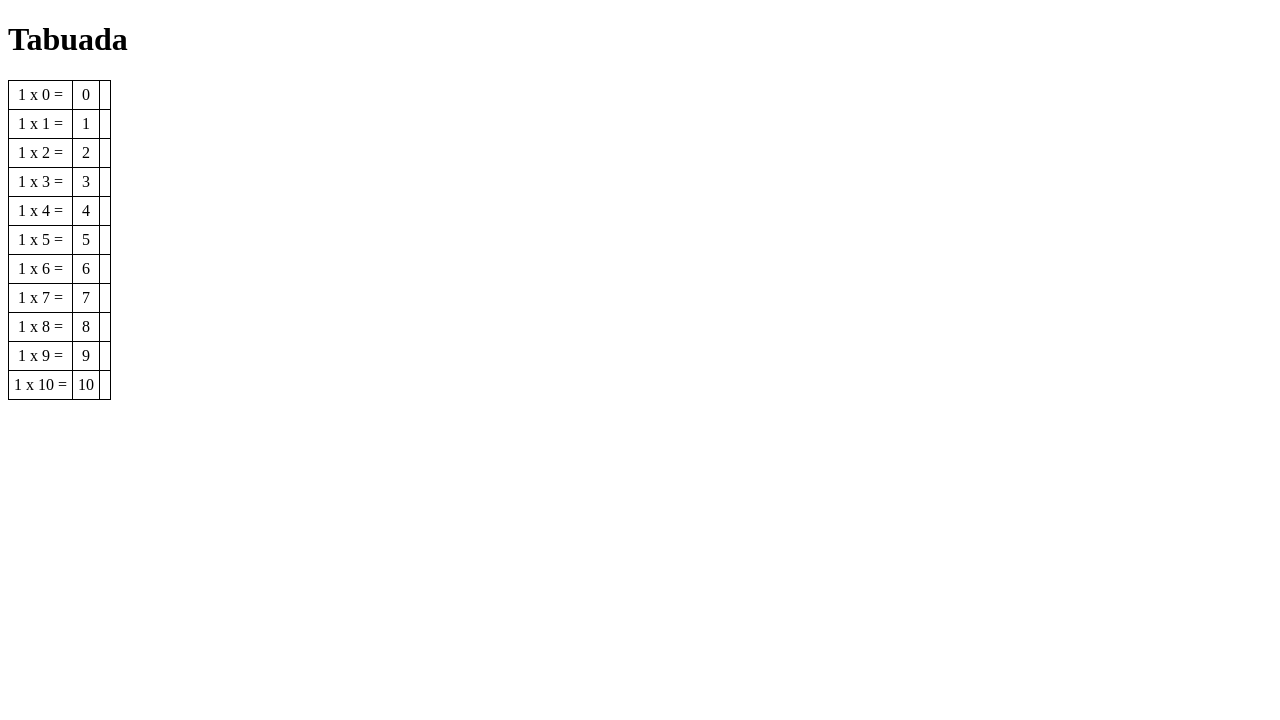
Repository: JulioCesarSF/Java
Page: http://localhost/Exercicio_02-JSPs/tabuada.jsp
The author's editor kept a copy of each file at every save. The page is drawn from the files as they stood at one save, then again after a run of saves.
The browser window is 1280 px wide. The pictures show the whole page.
The page is served by Tomcat 9. Other server files are loaded and not shown.

Above is the page before, as saved 2016-08-17 18:19:12.

### ProjetosFaculdade/Thiago/Exercicio_02-JSPs/WebContent/tabuada.jsp
<%@page import="org.apache.jasper.tagplugins.jstl.core.Out"%>
<%@ page language="java" contentType="text/html; charset=ISO-8859-1"
	pageEncoding="ISO-8859-1"%>
<!DOCTYPE html PUBLIC "-//W3C//DTD HTML 4.01 Transitional//EN" "http://www.w3.org/TR/html4/loose.dtd">
<html>
<head>
<meta http-equiv="Content-Type" content="text/html; charset=ISO-8859-1">
<title>Tabuada</title>
<link rel="" type="">
<link rel="stylesheet" type="text/css" href="estilo.css">
</head>
<body>
	<div>
		<h1>Tabuada</h1>
	</div>

	<table>

		<%
			int n = 1;
			int r = 0;
			for (int i = 0; i < 11; i++) {
				r = n*i;
				System.out.println(r);
		%>

		<tr>
			<td><%=n%> x <%=i%> = </td>
			<td><%=r%><td>
		</tr>

		<%
			}
		%>

	</table>

</body>
</html>

### ProjetosFaculdade/Thiago/Exercicio_02-JSPs/WebContent/estilo.css
table{
	border-collapse: collapse;
}

td{
	border: 1px solid black;
	padding: 5px;
	text-align: center;
}

After the next 2 saves:
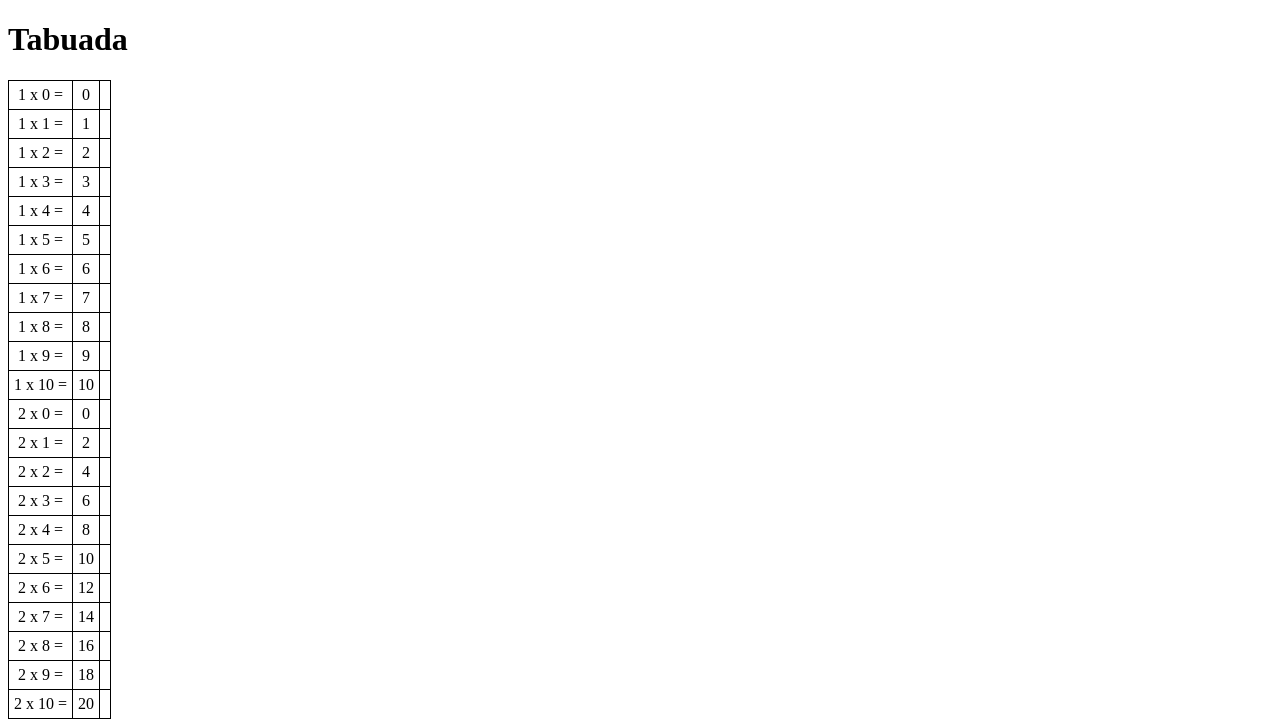
The 2 saves are shown as one change because 1 did not build or start.
The last was saved 78 s later.
--- a/ProjetosFaculdade/Thiago/Exercicio_02-JSPs/WebContent/tabuada.jsp
+++ b/ProjetosFaculdade/Thiago/Exercicio_02-JSPs/WebContent/tabuada.jsp
@@ -15,18 +15,37 @@
 	</div>
 
 	<table>
-
+		<!-- 1 -->
 		<%
 			int n = 1;
 			int r = 0;
 			for (int i = 0; i < 11; i++) {
-				r = n*i;
+				r = n * i;
 				System.out.println(r);
 		%>
 
 		<tr>
-			<td><%=n%> x <%=i%> = </td>
-			<td><%=r%><td>
+			<td><%=n%> x <%=i%> =</td>
+			<td><%=r%>
+			<td>
+		</tr>
+
+		<%
+			}
+		%>
+		<!-- 2 -->
+		<%
+			n = 2;
+			r = 0;
+			for (int i = 0; i < 11; i++) {
+				r = n * i;
+				System.out.println(r);
+		%>
+
+		<tr>
+			<td><%=n%> x <%=i%> =</td>
+			<td><%=r%>
+			<td>
 		</tr>
 
 		<%
